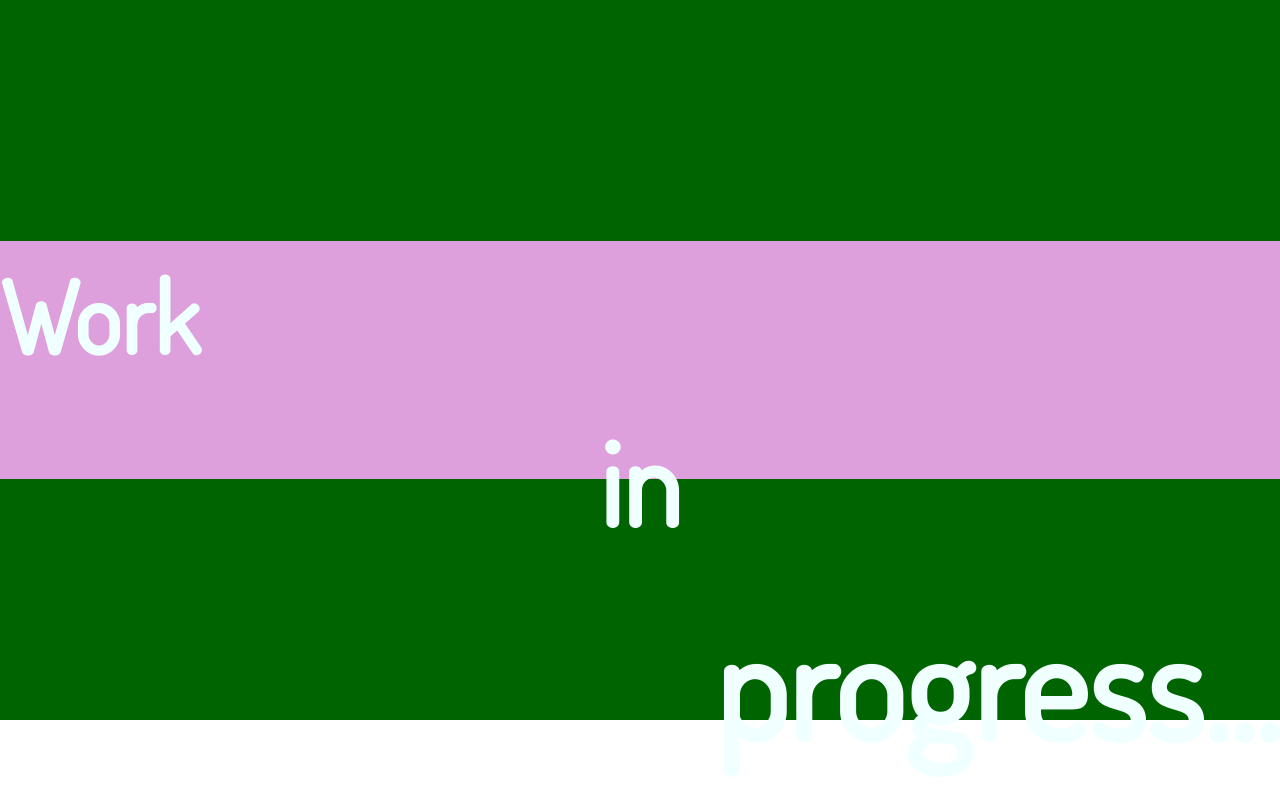
Repository: NollieChtn6/NollieChtn6.github.io
Page: index.html
These files come from the project's save history. The page is drawn as it stood at one moment and after the next save; the edit follows.
The browser window is 1280 px wide. The pictures show the whole page.

Above is the page before, as saved 2023-11-10 18:19:13.

### index.html

<!DOCTYPE html>

<html lang="fr">

<head>
  <meta charset="utf-8">
  <meta name="viewport" content="width=device-width">
  <link href="css/reset.css" rel="stylesheet">
  <link href="css/style.css" rel="stylesheet">
  <link
    href="https://fonts.googleapis.com/css2?family=Dosis&display=swap"
    rel="stylesheet">
  <title>Portfolio</title>
</head>

<body>

  <main class="main__container">

    <div class="main__content">

      <h1 class="main__title">
        <span class="main__title main__title--level-1">
          Work
        </span>
        <span class="main__title main__title--level-2">
          in
        </span>
        <span class="main__title main__title--level-3">
          progress...
        </span>
      </h1>

    </div>

  </main>

</body>

</html>

### css/style.css
/* VARIABLES */

/* :root {

} */


/* GÉNÉRAL */

* {
  box-sizing: border-box;
}

html {
  font-size: 62.5%;
}

body {
  display: flex;
  flex-direction: column;
  height: 100vh;
  min-height: 100vh;
}

h1 {
  font-family: 'Dosis', sans-serif;
}


/* MAIN  */

.main__container {
  display: flex;
  flex-direction: column;
  background-color: antiquewhite;
  height: 100vh;
  width: 100vw;
}

.main__content {
  display: flex;
  flex-direction: column;
  background-color:darkgreen;
  height: 100vh;
  width: 100vw;
  margin-top: auto;
  /* padding: 5rem 0rem 0rem 8rem; */
  /* justify-content: center; */
  /* align-items: center; */
  /* padding-top: 8rem;
  padding-left: 4rem;; */

}

h1 {
  display: flex;
  flex-direction: column;
  width: 100vw;
  height: 33vh;
  margin: auto;
  font-size: 10rem;
  background-color: plum;
  color: azure;
  justify-content: space-between;
}

.main__title--level-1 {
  align-self: start;

}

.main__title--level-2 {
  align-self: center;
  font-size: 12rem;
}

.main__title--level-3 {
  align-self: end;
  font-size: 15rem;
}

Loaded but not shown: css/reset.css (common file)

After the next save:
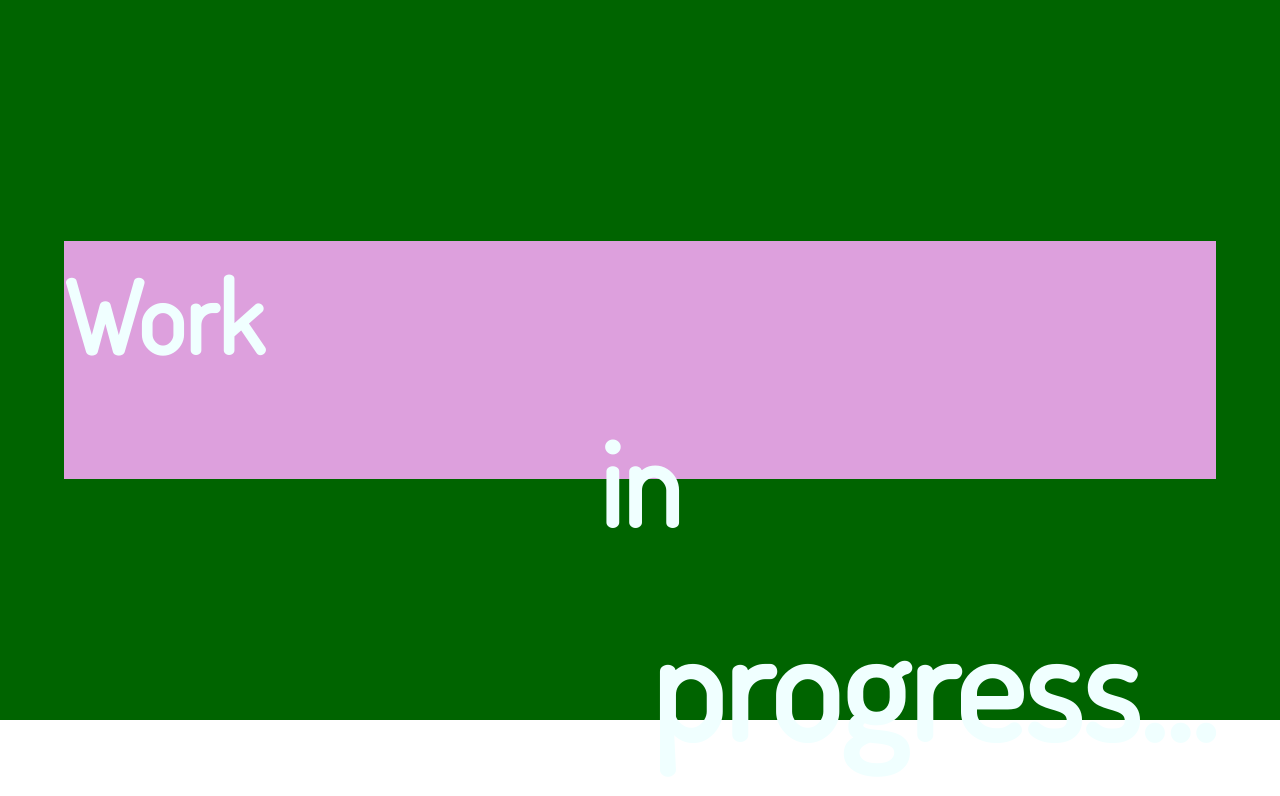
Saved 14 s later.
--- a/css/style.css
+++ b/css/style.css
@@ -55,7 +55,7 @@ h1 {
 h1 {
   display: flex;
   flex-direction: column;
-  width: 100vw;
+  width: 90vw;
   height: 33vh;
   margin: auto;
   font-size: 10rem;
